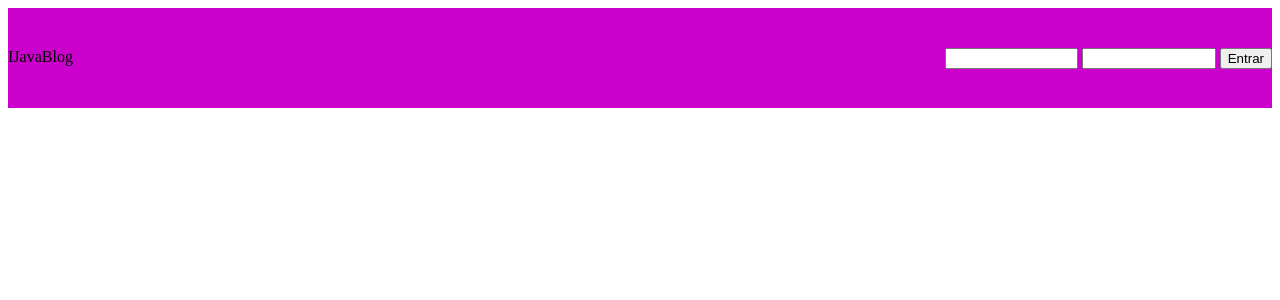
Repository: alruis/IJavaDreamBlog
Page: http://localhost/IJavaBlog/jsp/blog/cabecera.jsp
The author's editor kept a copy of each file at every save. The page is drawn from the files as they stood at one save, then again after the next save.
The browser window is 1280 px wide. The pictures show the whole page.
The page is served by Tomcat 9. Nobody is signed in. The application's start-up code is not run.

Above is the page before, as saved 2014-09-23 07:57:45.

After the next save:
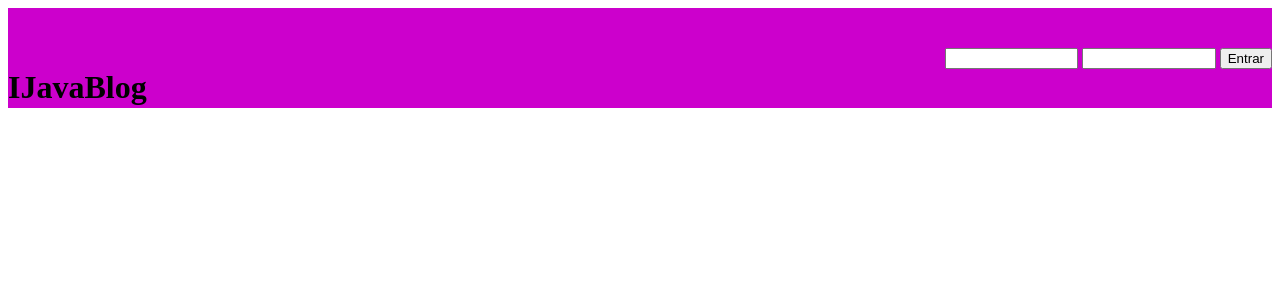
Saved 2 h 13 min later.
--- a/IJavaBlog/WebContent/jsp/blog/cabecera.jsp
+++ b/IJavaBlog/WebContent/jsp/blog/cabecera.jsp
@@ -5,7 +5,7 @@
 <link href="css/cabecera.css" rel="stylesheet" type="text/css" />
 <div id="cabecera">
 	<form action="autenticar.blog" method="post">
-	<div>IJavaBlog</div>
+	<div><h1>IJavaBlog</h1></div>
 	<div>
 		<c:choose>
 			<c:when test="${empty sessionScope.usuario}">
